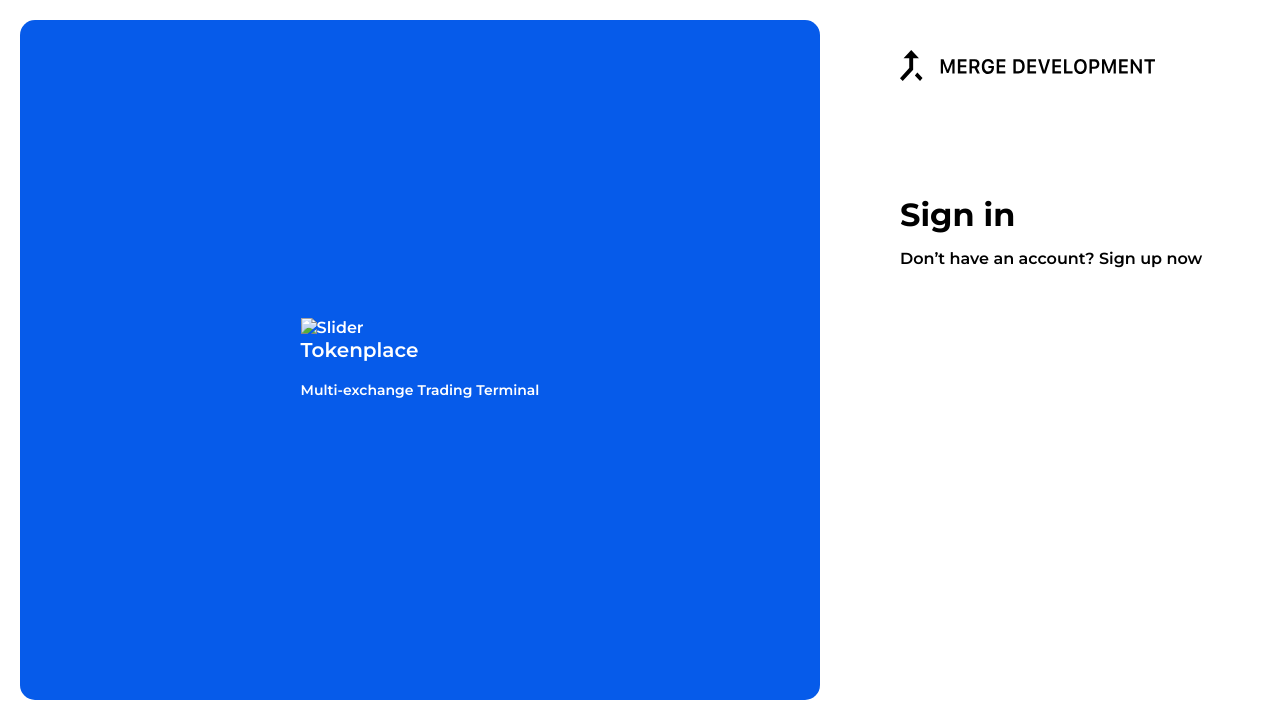
Repository: 13RedFox/form-project
Page: /
These files come from the project's save history. The page is drawn as it stood at one moment and after the next save; the edit follows.
The browser window is 1280 px wide. The pictures show the whole page.
The project was rebuilt for these pictures with package versions that can differ from the ones it lists, and the page was loaded fresh each time.

Above is the page before, as saved 2021-08-04 17:58:55.

### public/index.html
<!DOCTYPE html>
<html lang="en">

<head>
  <meta charset="utf-8" />
  <link rel="icon" href="%PUBLIC_URL%/favicon.ico" />
  <meta name="viewport" content="width=device-width, initial-scale=1" />
  <meta name="theme-color" content="#000000" />
  <meta name="description" content="Web site created using create-react-app" />
  <link rel="apple-touch-icon" href="%PUBLIC_URL%/logo192.png" />
  <link rel="manifest" href="%PUBLIC_URL%/manifest.json" />

  <title>Form Project</title>
  <link rel="preconnect" href="https://fonts.googleapis.com">
  <link rel="preconnect" href="https://fonts.gstatic.com" crossorigin>
  <link href="https://fonts.googleapis.com/css2?family=Montserrat:wght@600;700&display=swap" rel="stylesheet">
</head>

<body>
  <noscript>You need to enable JavaScript to run this app.</noscript>
  <div id="root"></div>
</body>

</html>

### src/index.js
import React from 'react';
import ReactDOM from 'react-dom';
import './index.scss';
import App from './components/App/App';

ReactDOM.render(
  <React.StrictMode>
    <App />
  </React.StrictMode>,
  document.getElementById('root')
);

### src/index.scss
* {
  margin: 0;
  padding: 0;
  box-sizing: border-box;
  font-family: 'Montserrat', -apple-system, BlinkMacSystemFont, 'Segoe UI', 'Roboto', 'Oxygen',
    'Ubuntu', 'Cantarell', 'Fira Sans', 'Droid Sans', 'Helvetica Neue', sans-serif;
  -webkit-font-smoothing: antialiased;
  -moz-osx-font-smoothing: grayscale;
}

### src/components/App/App.jsx
import React from 'react';
import Form from '../Form/Form';
import Slider from '../Slider/Slider';

import styles from './App.module.scss';

function App() {
  return (
    <div className={styles.wrapper}>
      <Slider />
      <Form />
    </div>
  );
}

export default App;

### src/components/Form/Form.jsx
import styles from './Form.module.scss';
import { ReactComponent as LogoIcon } from '../../assets/logo.svg';

const Form = () => {
  return (
    <div className={styles.form}>
      <LogoIcon className={styles.icon} />
      <form action="#">
        <h1 className={styles.title}>Sign in</h1>
        <p>
          Don’t have an account? <span>Sign up now</span>
        </p>
      </form>
    </div>
  );
};

export default Form;

### src/components/Slider/Slider.jsx
import styles from './Slider.module.scss';

const Slider = () => {
  return (
    <div className={styles.slider}>
      <div className={styles.card}>
        <div className={styles.wrapperImg}>
          <img src="#" alt="Slider" />
        </div>
        <h2 className={styles.title}>Tokenplace</h2>
        <p className={styles.description}>Multi-exchange Trading Terminal</p>
      </div>
    </div>
  );
};

export default Slider;

### src/components/App/App.module.scss
.wrapper {
  max-width: 1440px;
  height: 100vh;
  display: flex;
  background-color: #fff;
  padding: 20px;
  margin: 0 auto;
}

### src/components/Form/Form.module.scss
.form {
  padding-top: 30px;
}

.icon {
  margin-bottom: 110px;
}

.title {
  margin-bottom: 15px;
}

### src/components/Slider/Slider.module.scss
.slider {
  width: 800px;
  height: 100%;
  background: #065bea;
  border-radius: 15px;
  display: flex;
  justify-content: center;
  align-items: center;
  color: #fff;
  margin-right: 80px;
}

.title {
  font-weight: 600;
  font-size: 20px;
  line-height: 26px;
  margin-bottom: 15px;
}

.description {
  font-weight: 600;
  font-size: 14px;
  line-height: 24px;
}

After the next save:
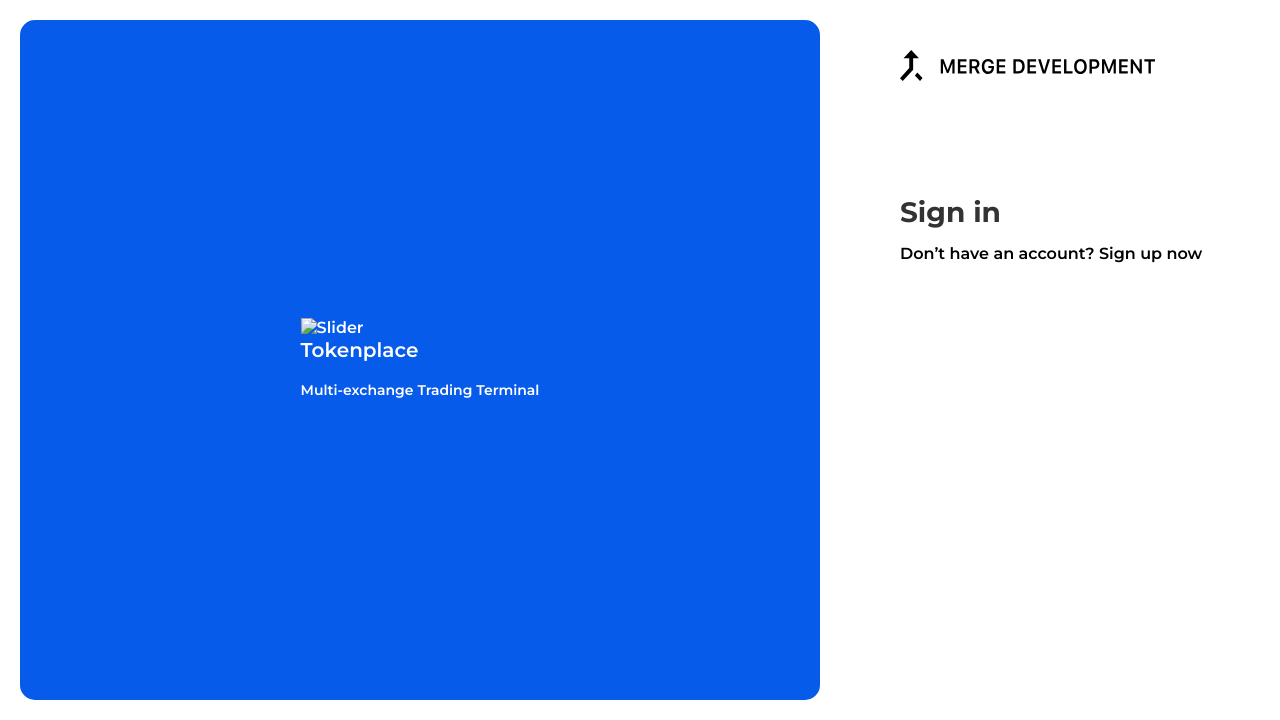
Saved 20 s later.
--- a/src/components/Form/Form.module.scss
+++ b/src/components/Form/Form.module.scss
@@ -7,5 +7,10 @@
 }
 
 .title {
+  font-weight: bold;
+  font-size: 28px;
+  line-height: 34px;
+
+  color: #333333;
   margin-bottom: 15px;
 }
